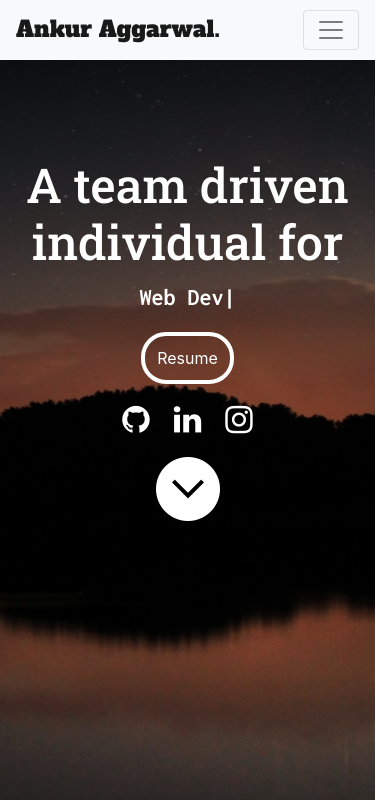
Repository: AnkurDevv/PersonalWebsite
Page: index.html
These files come from the project's save history. The page is drawn as it stood at one moment and after the next save; the edit follows.
The browser window is 375 px wide. The pictures show the whole page.
Some web fonts or font styles are not loaded; a fallback is used.

Above is the page before, as saved 2020-09-13 16:44:08.

After the next save:
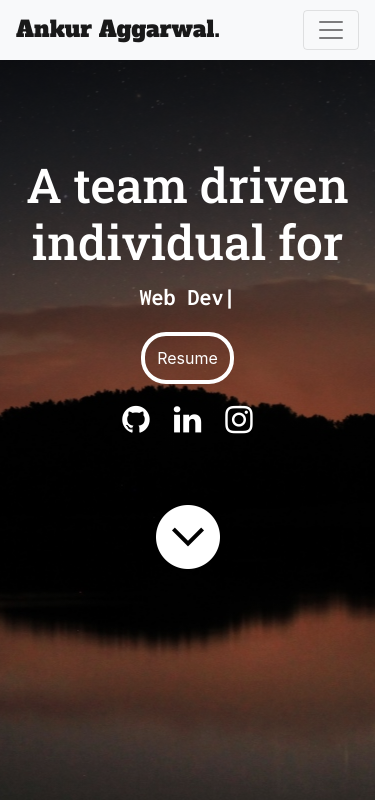
Saved 57 s later.
--- a/style/index.css
+++ b/style/index.css
@@ -116,5 +116,8 @@ header{
   #MainSubHeading{
     font-size: x-large;
   }
+  .socialLinksDiv{
+    margin-bottom: 15%;
+  }
 }
 /* FIRST IMPRESSION SECTION CSS - ENDS */
